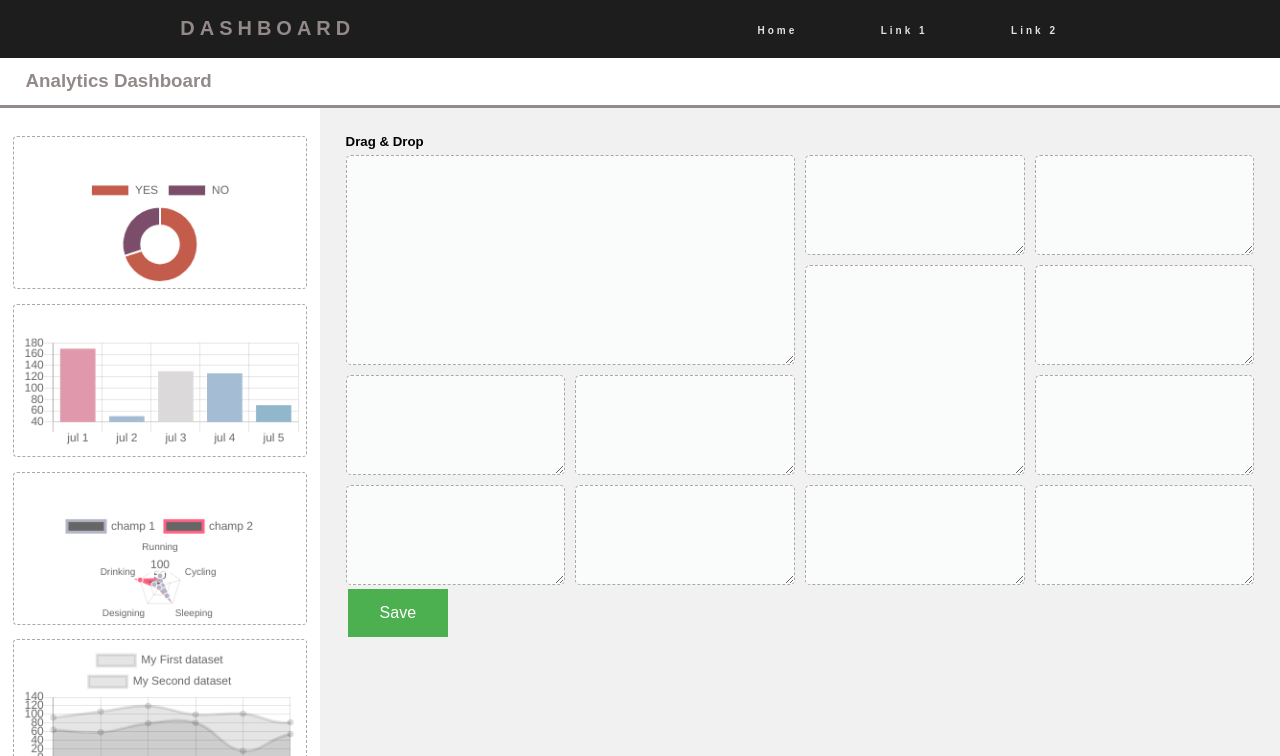
Repository: nourabdelhakam/drag-drop
Page: index.html
An editor plug-in stored every save of this project. The page is shown before and after the next save, followed by the edit.
The browser window is 1280 px wide. The pictures show the whole page.
Some web libraries are served in a nearby version.

Above is the page before, as saved 2020-07-05 06:41:09.

After the next save:
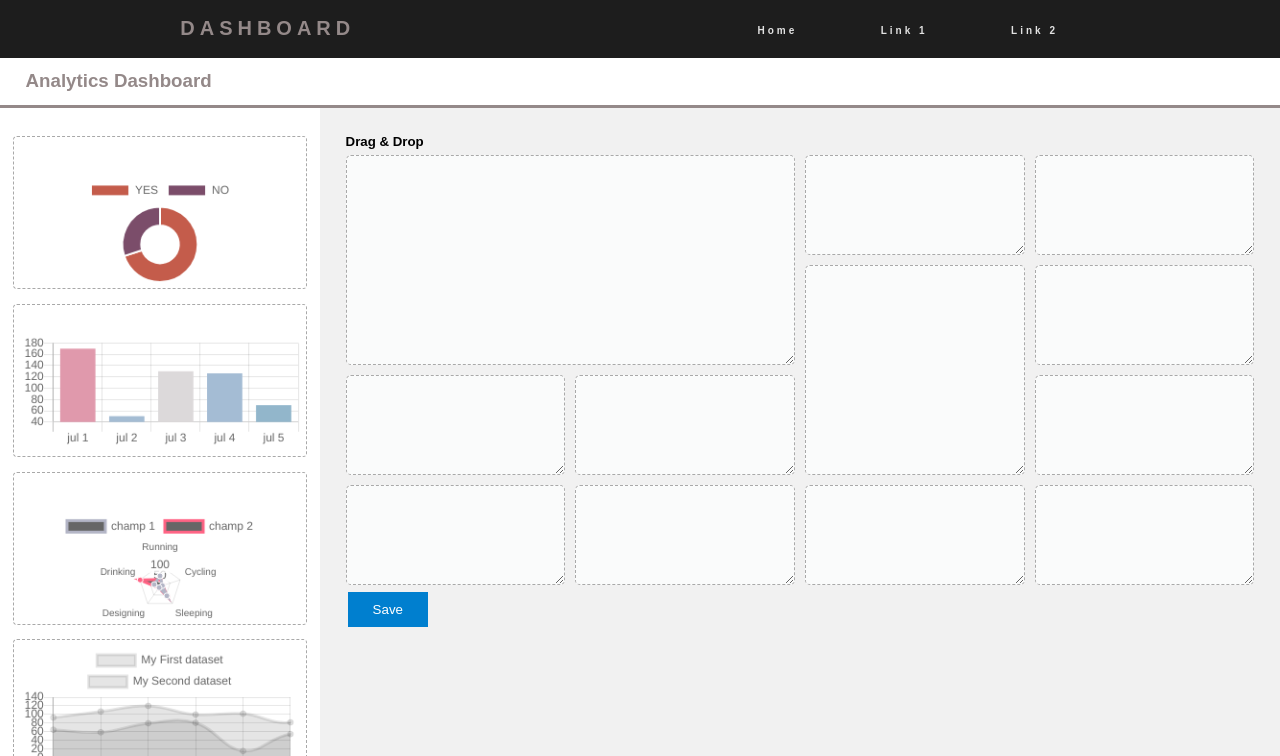
Saved 3 min 58 s later.
--- a/css/main.css
+++ b/css/main.css
@@ -114,14 +114,13 @@ img {
 	font-size: 12px;
 } */
 .btn {
-    background-color: #4CAF50;
+    background-color: #007FCF;
     border: none;
     color: white;
-    padding: 15px 32px;
+    padding: 10px 25px;
     text-align: center;
     text-decoration: none;
     display: inline-block;
-    font-size: 16px;
-    margin: 4px 2px;
+    margin: 7px 2px;
     cursor: pointer;
 }
